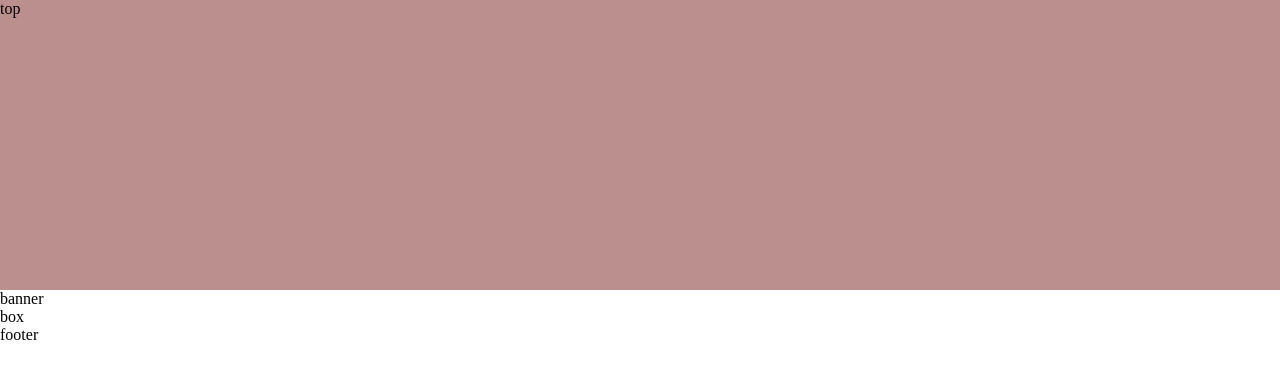
Repository: TheBestBadGuy0228/code
Page: 网页简单布局.案例.html
These files come from the project's save history. The page is drawn as it stood at one moment and after the next save; the edit follows.
The browser window is 1280 px wide. The pictures show the whole page.

Above is the page before, as saved 2021-12-09 10:41:09.

After the next save:
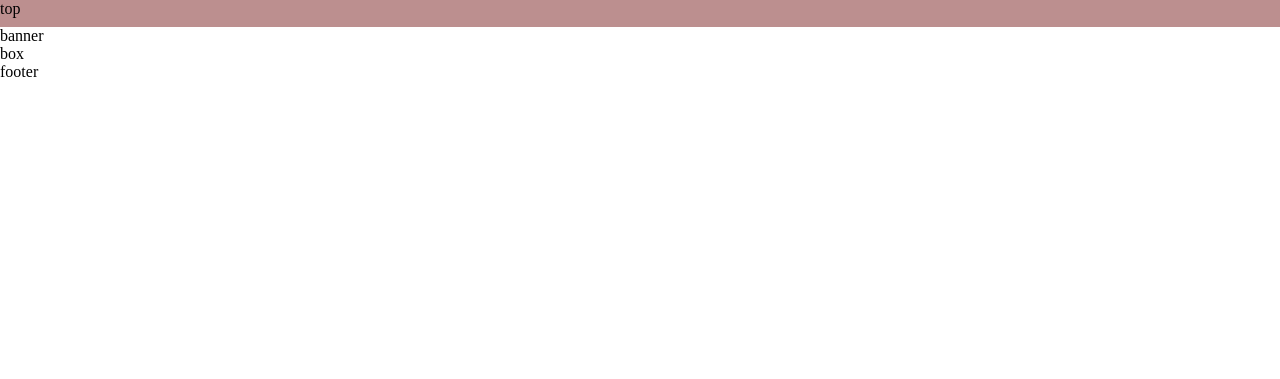
Saved 42 s later.
--- a/网页简单布局.案例.html
+++ b/网页简单布局.案例.html
@@ -19,7 +19,7 @@
 
         .top {
             width: auto;
-            height: 290px;
+            height: 27px;
             background-color: rosybrown;
         }
     </style>
